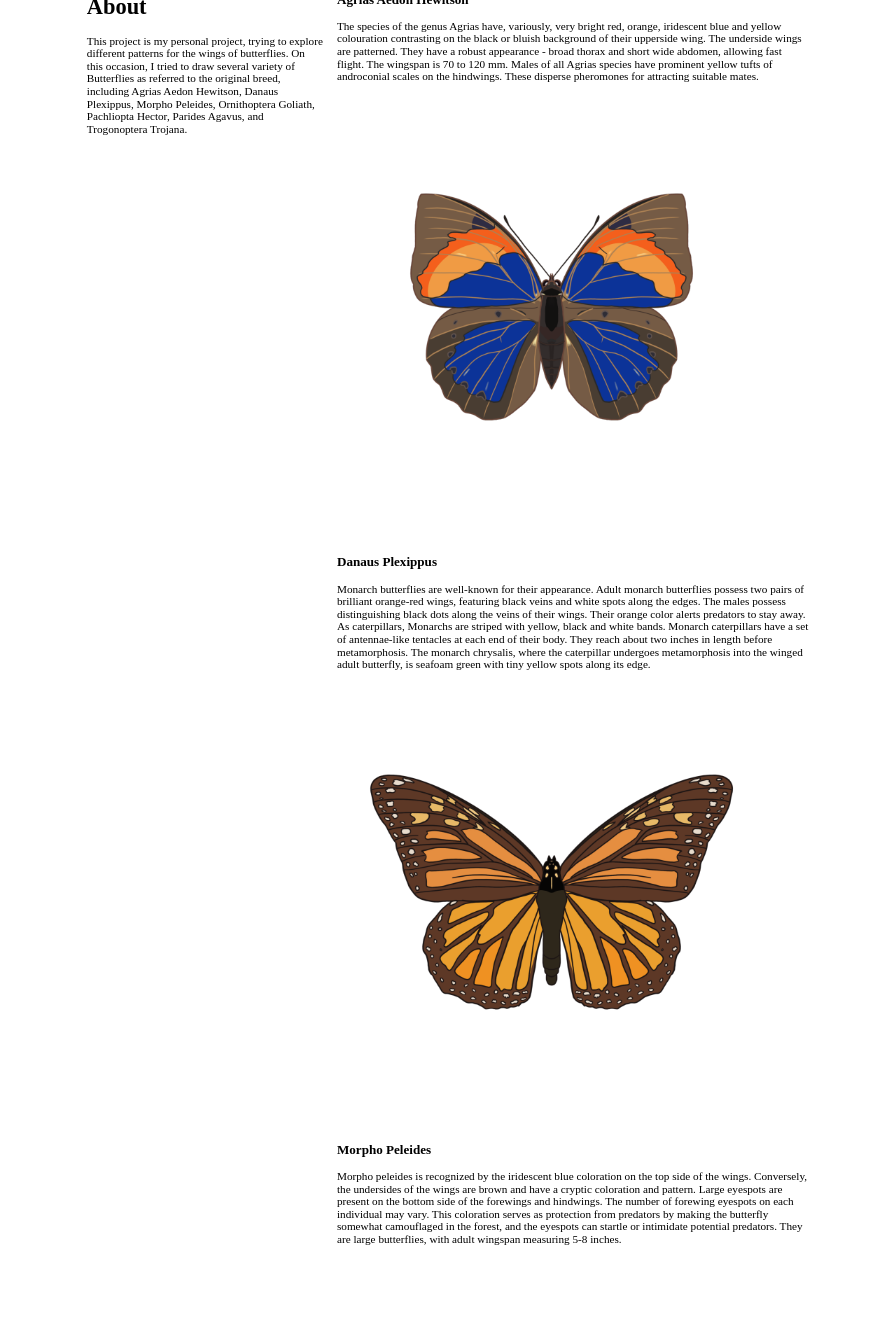
Repository: MeowCeline00/assessment-2
Page: /
These files come from the project's save history. The page is drawn as it stood at one moment and after the next save; the edit follows.
The browser window is 1280 px wide. The pictures show the part of the page from y = 721 to 2641 px (the page is 6970 px tall before and 6032 px after), at 70% of full size.
The project was rebuilt for these pictures with package versions that can differ from the ones it lists, and the page was loaded fresh each time. The framework's server and built-in components were replaced by stand-ins that run in the browser. Also part of the build but not shown: next.config.mjs.

Above is the page before, as saved 2024-02-07 23:09:20.

After the next save:
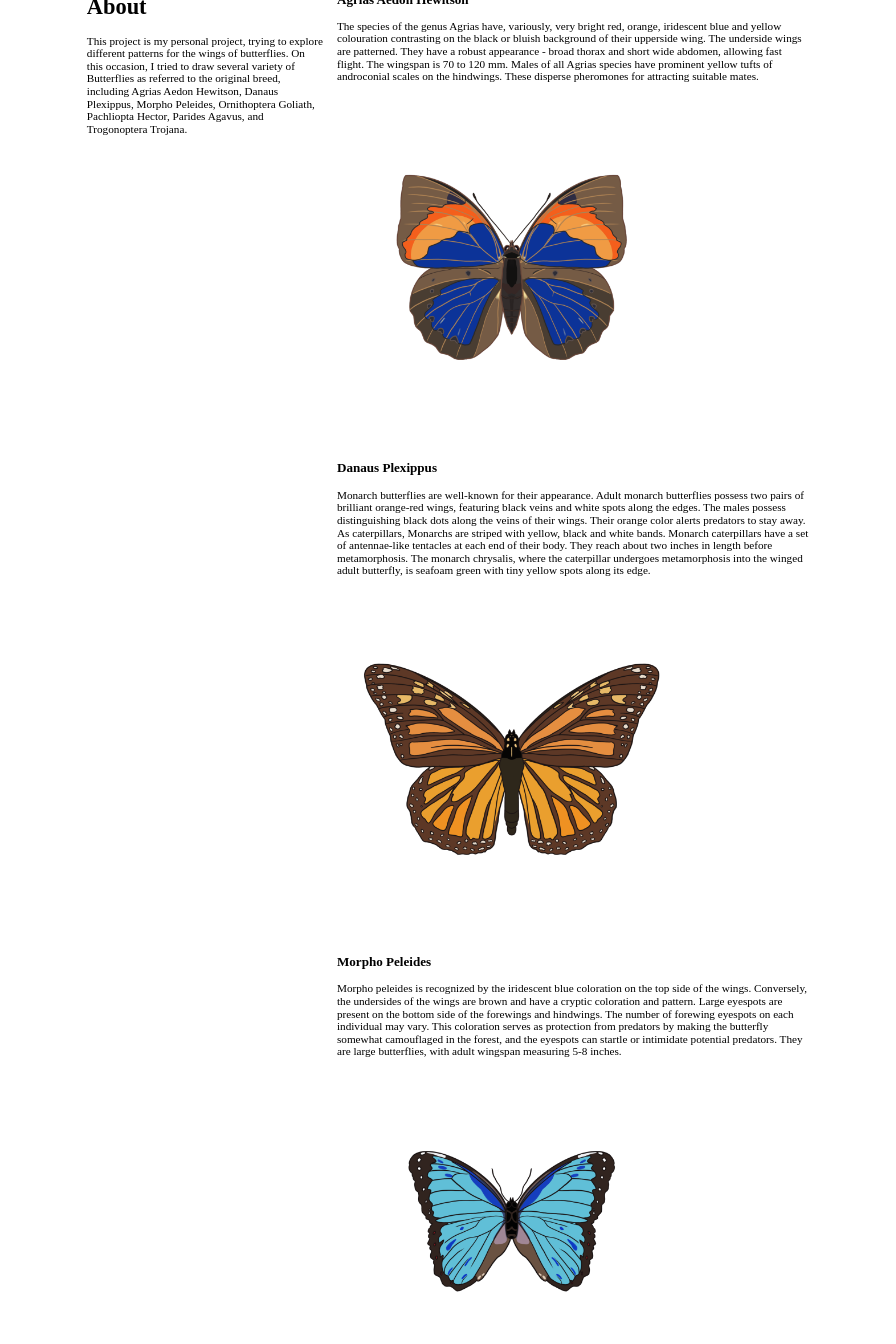
Saved 85 s later.
--- a/Components/Contents/Contents.module.css
+++ b/Components/Contents/Contents.module.css
@@ -1,30 +1,45 @@
 .contents {
     display: flex;
-    flex-direction: row; /* Align children horizontally */
-    justify-content: space-between; /* Spacing between the main content and images */
-    align-items: flex-start; /* Align items at the start of the cross axis */
+    flex-direction: column; /* Stack children vertically by default */
     margin: 20px; /* Adjust the margin as needed */
 }
 
 .projectDescription {
-    flex: 1; /* Takes up only the space it needs */
-    margin-right: 20px; /* Adjust the margin as needed */
+    /* This section will be on top by default because of the column flex-direction */
+    margin-bottom: 20px; /* Space between the description and the images */
 }
 
 .butterflyPatterns {
-    flex: 2; /* Takes up twice the space compared to projectDescription */
+    /* This will layout the butterfly information blocks in a column */
     display: flex;
     flex-direction: column;
-    justify-content: flex-start;
-    align-items: flex-end; /* Align images to the right */
 }
 
-.butterflyPatterns > div {
-    margin-bottom: 20px; /* Adjust the margin as needed */
+.butterflyPattern {
+    margin-bottom: 20px; /* Space between each butterfly information block */
 }
 
-.butterflyPatterns img {
-    width: auto; /* Adjust the width as needed */
-    height: auto; /* Adjust the height as needed */
+.butterflyPattern img {
+    width: auto; /* Adjust width as needed */
+    height: auto; /* Adjust height as needed */
     max-width: 100%; /* Ensure the image is responsive and doesn't overflow */
 }
+
+/* Media query for larger screens - adjust '768px' based on your design requirements */
+@media (min-width: 768px) {
+    .contents {
+        flex-direction: row; /* Align children horizontally on larger screens */
+        justify-content: space-between; /* Spacing between the main content and images */
+        align-items: flex-start; /* Align items at the start of the cross axis */
+    }
+
+    .projectDescription {
+        flex: 1; /* Takes up only the space it needs, adjust as needed */
+        margin-right: 20px; /* Right margin between text and images */
+    }
+
+    .butterflyPatterns {
+        flex: 2; /* Takes up twice the space compared to projectDescription, adjust as needed */
+        align-items: flex-end; /* Align images to the right */
+    }
+}

After the save that followed:
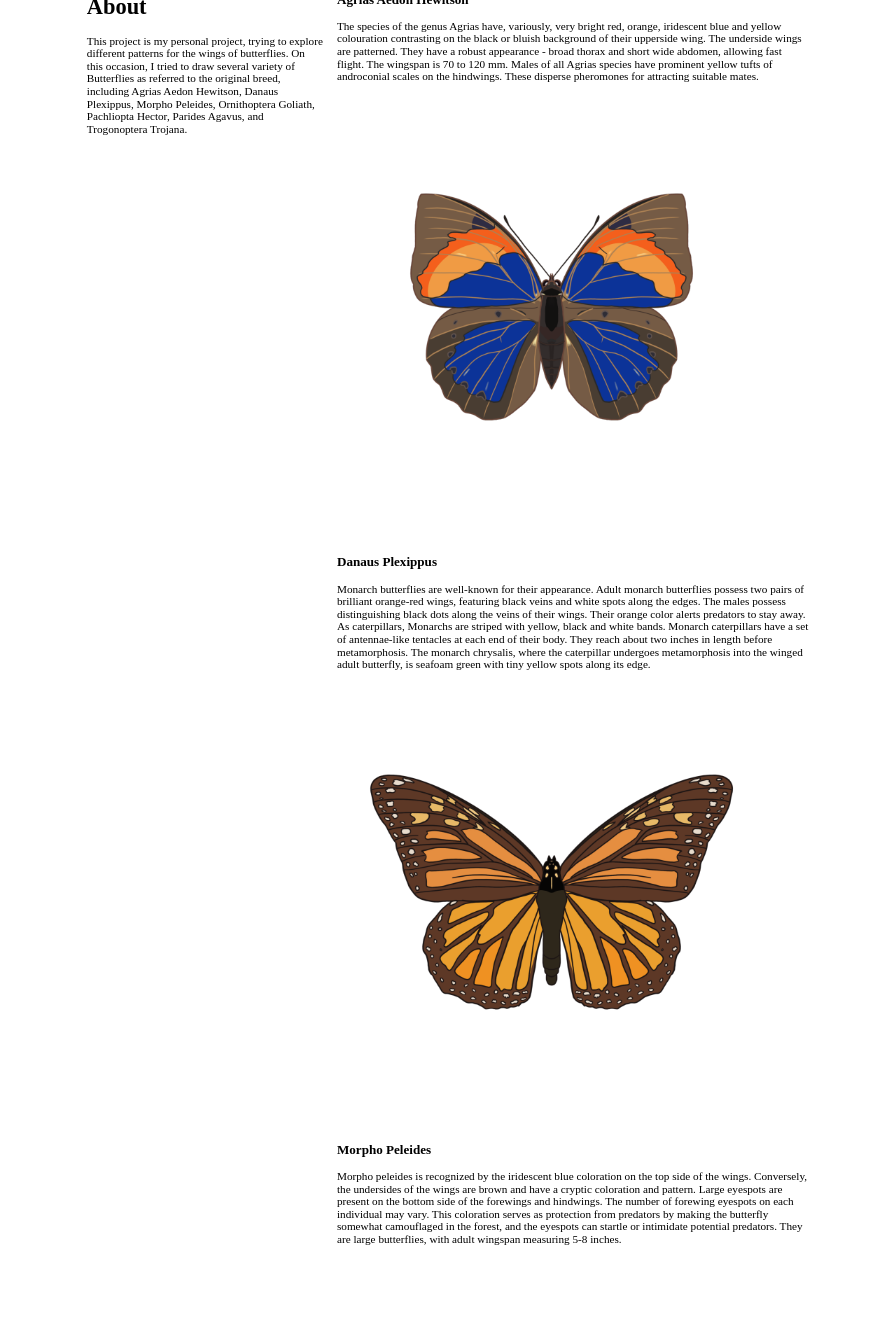
Saved 15 s later.
--- a/Components/Contents/Contents.module.css
+++ b/Components/Contents/Contents.module.css
@@ -1,45 +1,30 @@
 .contents {
     display: flex;
-    flex-direction: column; /* Stack children vertically by default */
+    flex-direction: row; /* Align children horizontally */
+    justify-content: space-between; /* Spacing between the main content and images */
+    align-items: flex-start; /* Align items at the start of the cross axis */
     margin: 20px; /* Adjust the margin as needed */
 }
 
 .projectDescription {
-    /* This section will be on top by default because of the column flex-direction */
-    margin-bottom: 20px; /* Space between the description and the images */
+    flex: 1; /* Takes up only the space it needs */
+    margin-right: 20px; /* Adjust the margin as needed */
 }
 
 .butterflyPatterns {
-    /* This will layout the butterfly information blocks in a column */
+    flex: 2; /* Takes up twice the space compared to projectDescription */
     display: flex;
     flex-direction: column;
+    justify-content: flex-start;
+    align-items: flex-end; /* Align images to the right */
 }
 
-.butterflyPattern {
-    margin-bottom: 20px; /* Space between each butterfly information block */
+.butterflyPatterns > div {
+    margin-bottom: 20px; /* Adjust the margin as needed */
 }
 
-.butterflyPattern img {
-    width: auto; /* Adjust width as needed */
-    height: auto; /* Adjust height as needed */
+.butterflyPatterns img {
+    width: auto; /* Adjust the width as needed */
+    height: auto; /* Adjust the height as needed */
     max-width: 100%; /* Ensure the image is responsive and doesn't overflow */
 }
-
-/* Media query for larger screens - adjust '768px' based on your design requirements */
-@media (min-width: 768px) {
-    .contents {
-        flex-direction: row; /* Align children horizontally on larger screens */
-        justify-content: space-between; /* Spacing between the main content and images */
-        align-items: flex-start; /* Align items at the start of the cross axis */
-    }
-
-    .projectDescription {
-        flex: 1; /* Takes up only the space it needs, adjust as needed */
-        margin-right: 20px; /* Right margin between text and images */
-    }
-
-    .butterflyPatterns {
-        flex: 2; /* Takes up twice the space compared to projectDescription, adjust as needed */
-        align-items: flex-end; /* Align images to the right */
-    }
-}
